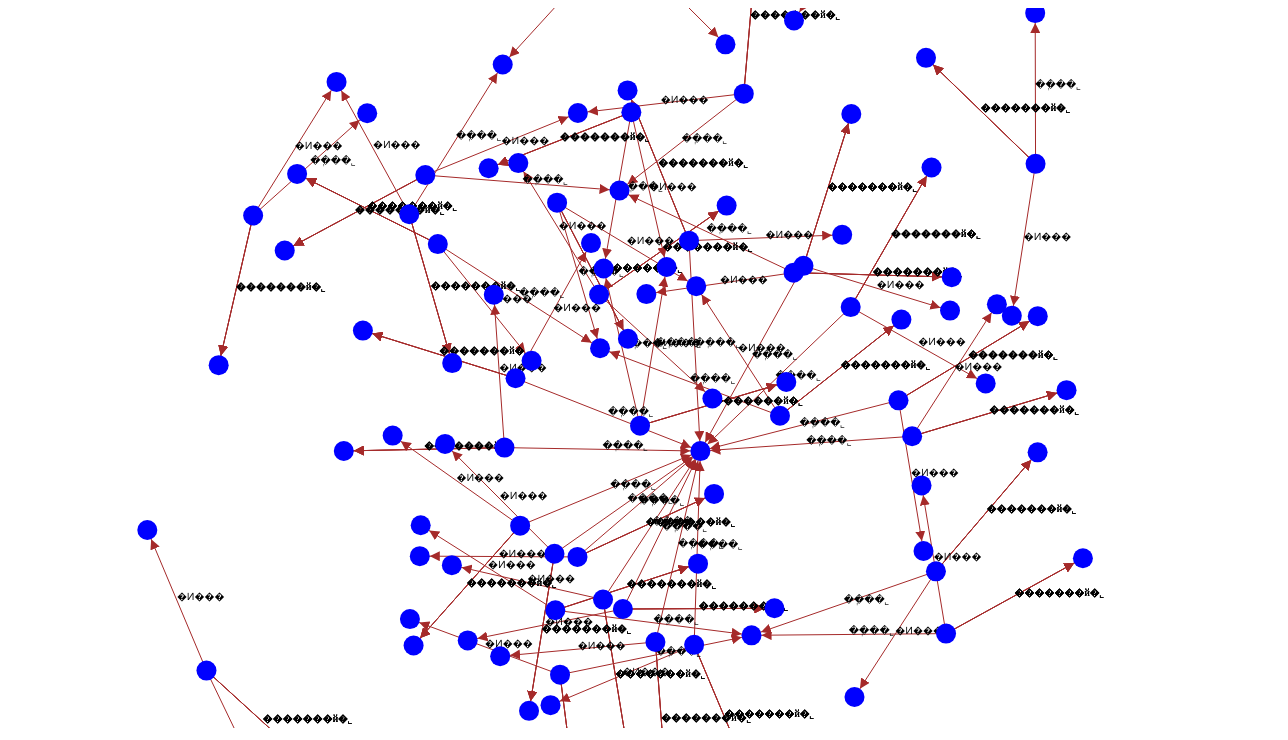
Repository: SUFELYZ/CONVEST
Page: http://localhost/CONVEST/NewFile.jsp
These files come from the project's save history. The page is drawn as it stood at one moment and after a run of saves; the edit follows.
The browser window is 1280 px wide. The page is 1288 px wide, then 1280 px, then 1288 px, so the pictures cover 1288 px, including what lies to the right of the window. The pictures show the whole page.
The page is served by Tomcat 9.

Above is the page before, as saved 2021-01-05 07:57:13.

After the next 2 saves:
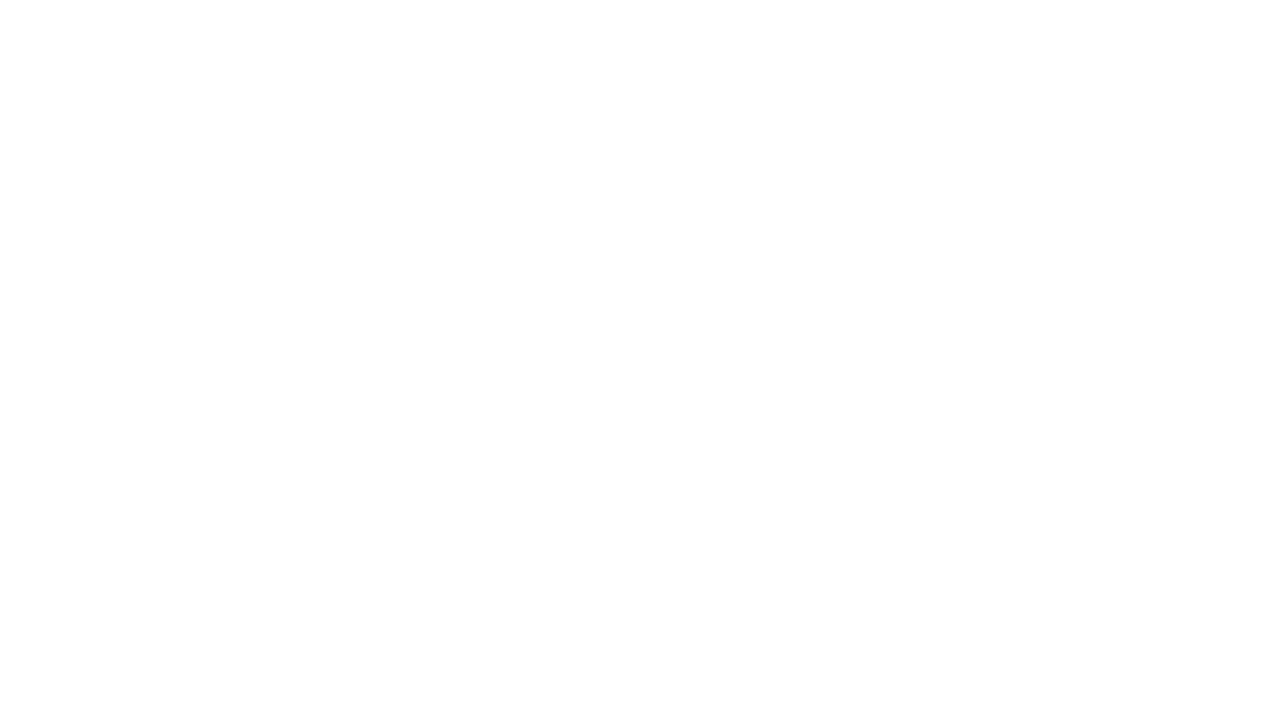
Console error: SyntaxError: Unexpected identifier 'number'
The 2 saves are shown as one change because they came seconds apart.
The last was saved 7 s later.
--- a/CONVEST 1.0/CONVEST/WebContent/NewFile.jsp
+++ b/CONVEST 1.0/CONVEST/WebContent/NewFile.jsp
@@ -17,8 +17,8 @@
         //get json file
         alert("hello");
 
-        //String number=request.getParameter("name");
-       // out.println(number);
+        String number=request.getParameter("name");
+        out.println(number);
         number="data";
         number=number.concat(".json");
 

After the save that followed:
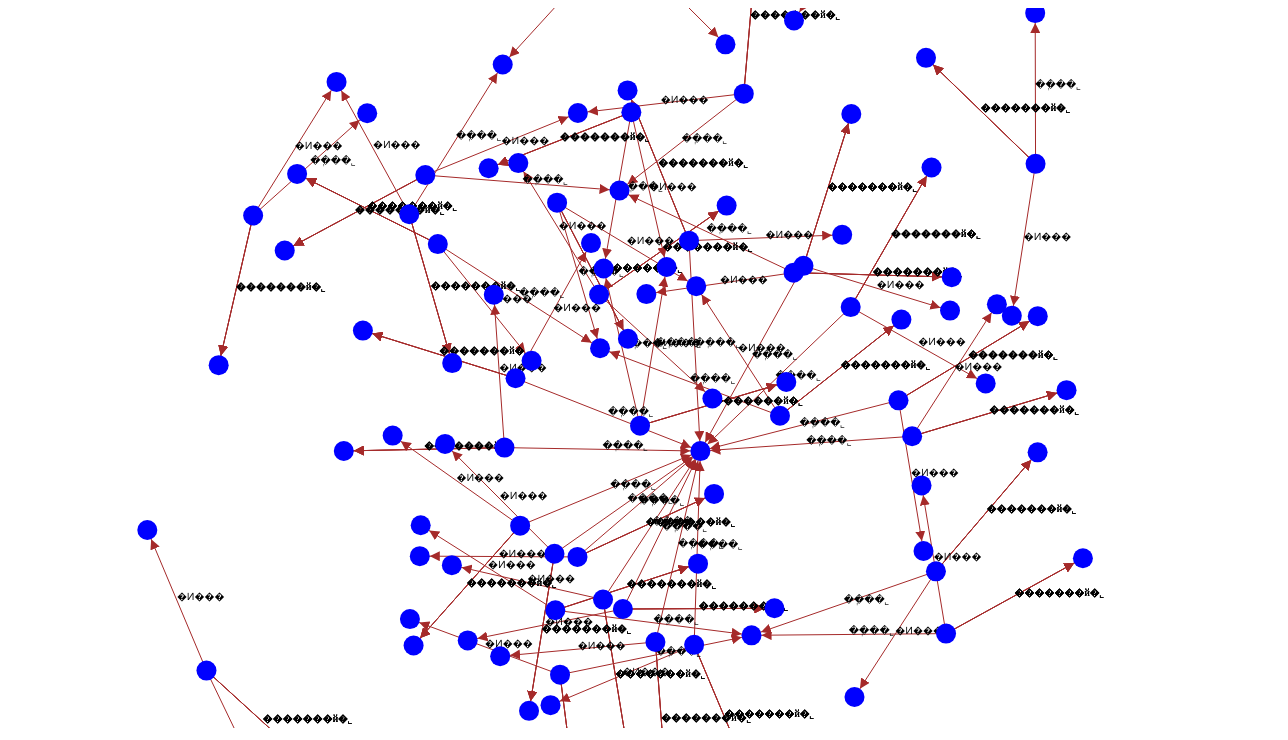
The error is gone.
Saved 12 s later.
--- a/CONVEST 1.0/CONVEST/WebContent/NewFile.jsp
+++ b/CONVEST 1.0/CONVEST/WebContent/NewFile.jsp
@@ -17,8 +17,8 @@
         //get json file
         alert("hello");
 
-        String number=request.getParameter("name");
-        out.println(number);
+       // String number=request.getParameter("name");
+       // out.println(number);
         number="data";
         number=number.concat(".json");
 
